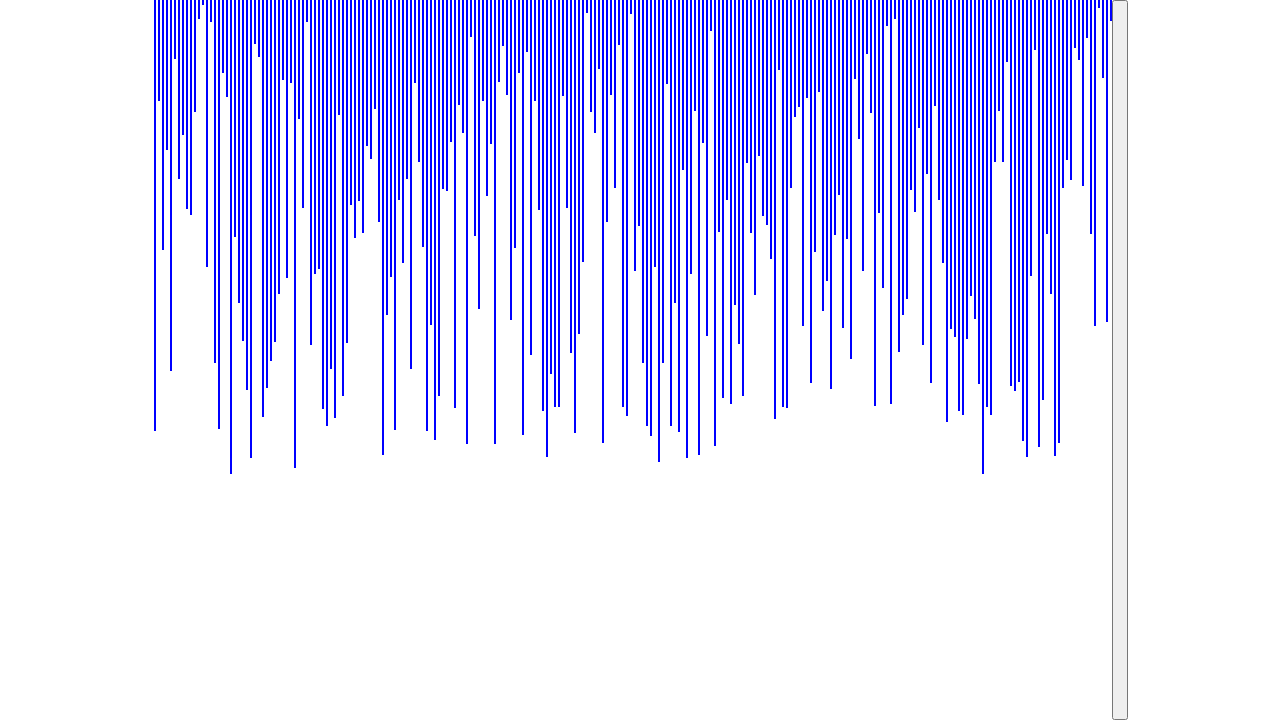
Repository: rehans-Life/sorting-visualizer
Page: /
These files come from the project's save history. The page is drawn as it stood at one moment and after the next save; the edit follows.
The browser window is 1280 px wide. The pictures show the whole page.
The project was rebuilt for these pictures with package versions that can differ from the ones it lists, and the page was loaded fresh each time. The framework's server and built-in components were replaced by stand-ins that run in the browser. Also part of the build but not shown: next.config.js.

Above is the page before, as saved 2023-03-17 18:28:19.

### pages/index.js
import Head from "next/head";
import { useEffect, useRef, useState } from "react";
import Element from "../components/Element";
import styles from "../styles/Home.module.css";

export default function Home() {
  const randomNumber = (min, max) => {
    return Math.floor(Math.random() * (max - min) + min);
  };

  const generateRandomArray = (bars, height) => {
    let arr = [];

    for (let i = 0; i < bars; i++) {
      arr.push(randomNumber(5, height));
    }

    return arr;
  };

  const [array, setArray] = useState([]);
  const [bars, setBars] = useState(0);
  const [height, setHeight] = useState(0);
  const arrRef = useRef();
  const containerRef = useRef();

  useEffect(() => {
    const findBars = () => {
      let width = arrRef.current.clientWidth;
      let height = containerRef.current.clientHeight / 1.5;
      let bars = Math.floor(width / 4);
      setBars(bars);
      setHeight(height);
    };
    window.onresize = findBars;
    findBars();
    // eslint-disable-next-line react-hooks/exhaustive-deps
  }, []);

  useEffect(() => {
    setArray(generateRandomArray(bars, height));
    // eslint-disable-next-line react-hooks/exhaustive-deps
  }, [bars]);

  return (
    <div ref={containerRef} className={styles.container}>
      <Head>
        <title>Create Next App</title>
        <meta name="description" content="Generated by create next app" />
        <link rel="icon" href="/favicon.ico" />
      </Head>
      <div ref={arrRef} className={styles.array}>
        {array.map((number, index) => (
          <Element key={index} number={number} />
        ))}
      </div>
      <button></button>
    </div>
  );
}

### styles/globals.css
@import url("https://fonts.googleapis.com/css2?family=Lato:wght@100;300;400;700;900&family=Poppins:ital,wght@0,100;0,200;0,300;0,400;0,500;0,600;0,700;1,200&display=swap");

html,
body {
  padding: 0;
  margin: 0;
  font-family: Poppins;
}

a {
  color: inherit;
  text-decoration: none;
}

* {
  box-sizing: border-box;
}

### components/Element.jsx
import React from "react";
import styles from "../styles/Element.module.css";

export default function Element({ number }) {
  return (
    <div className={styles.element} style={{ height: `${number}px` }}></div>
  );
}

### styles/Home.module.css
.container {
  display: flex;
  justify-content: center;
  width: 100%;
  height: 100vh;
}

.array {
  display: flex;
  width: 75%;
}

### styles/Element.module.css
.element {
  width: 2px;
  background-color: blue;
  margin: 0 0 0 2px;
}

Loaded but not shown: pages/_app.js (common file)

After the next save:
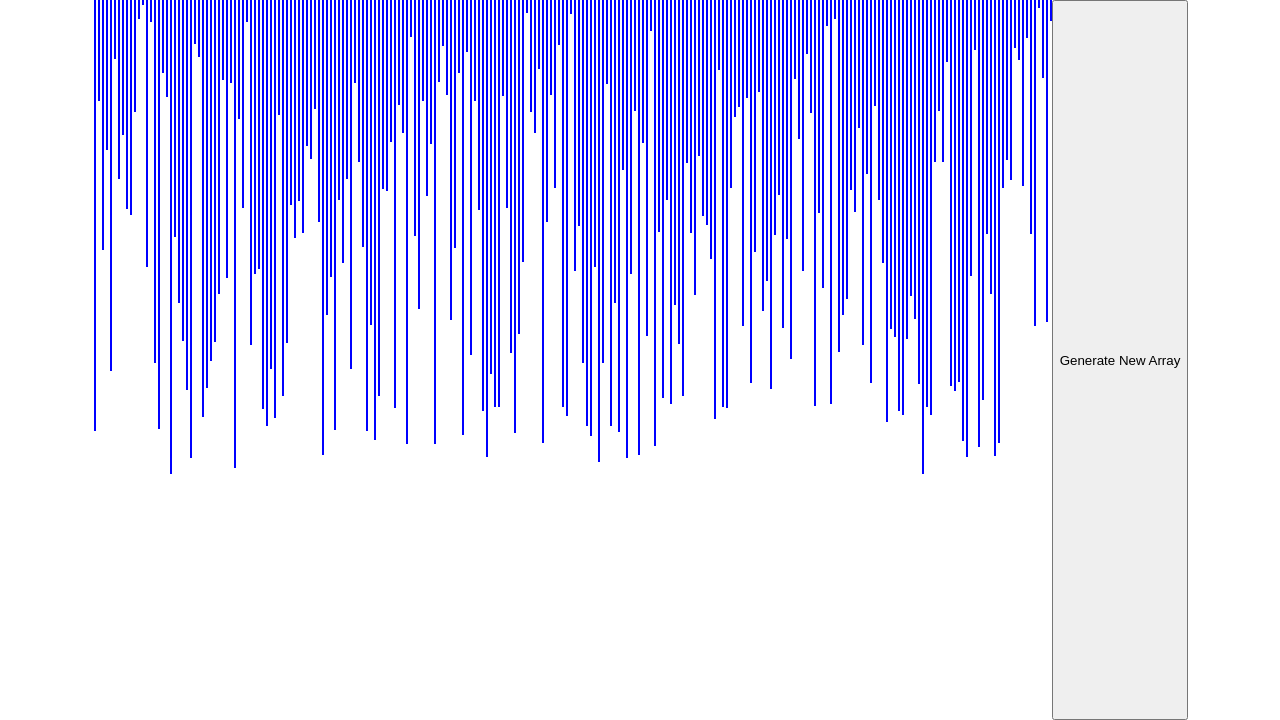
Saved 8 s later.
--- a/pages/index.js
+++ b/pages/index.js
@@ -54,7 +54,7 @@ export default function Home() {
           <Element key={index} number={number} />
         ))}
       </div>
-      <button></button>
+      <button> Generate New Array</button>
     </div>
   );
 }
